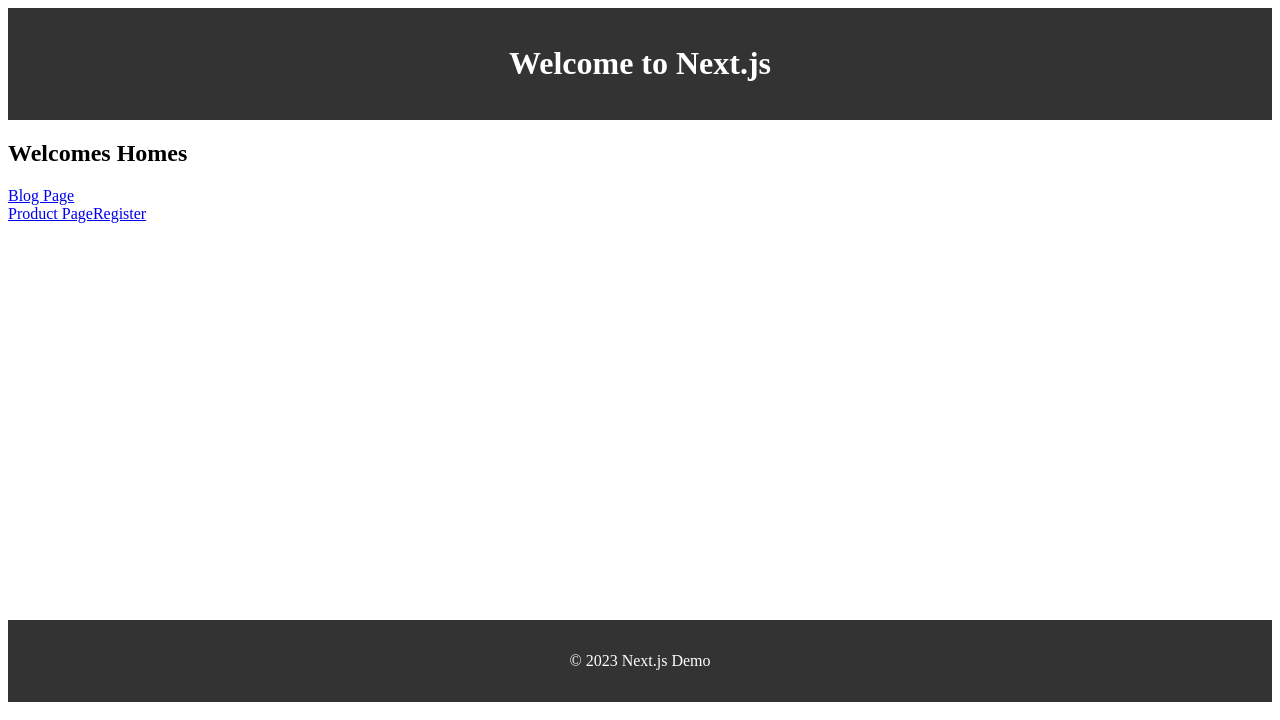
Repository: JasonMorta/NextJs-13_Basics
Page: / (app in NEXTJS15/next13-demo/)
An editor plug-in stored every save of this project. The page is shown before and after the next save, followed by the edit.
The browser window is 1280 px wide. The pictures show the whole page.
The project was rebuilt for these pictures with package versions that can differ from the ones it lists, and the page was loaded fresh each time. The framework's server and built-in components were replaced by stand-ins that run in the browser. Also part of the build but not shown: NEXTJS15/next13-demo/next.config.ts.

Above is the page before, as saved 2025-02-28 13:57:09.

### NEXTJS15/next13-demo/src/app/layout.tsx
export const metadata = {
  title: "Next.js",
  description: "Generated by Next.js",
};

export default function AuthLayout({children,}: {children: React.ReactNode}) {
  return (
    <html lang="en">
      <body>
        <header style={{ backgroundColor: '#333', color: '#fff', padding: '1rem', textAlign: 'center' }}>
          <h1>Welcome to Next.js</h1>
        </header>

        <main style={{
          minHeight: 'calc(80vh - 6rem)',
        }}>{children}</main>

        <footer style={{ backgroundColor: '#333', color: '#fff', padding: '1rem', textAlign: 'center', marginTop: 'auto' }}>
          <p>&copy; 2023 Next.js Demo</p>
        </footer>
      </body>
    </html>
  );
}

### NEXTJS15/next13-demo/src/app/page.tsx
import Link from 'next/link'
import React from 'react'

export default function page() {
  return (
    <section>
      <h1>Welcomes Homes</h1>
      <Link href="/blog">Blog Page</Link><br />
      <Link href="/products">Product Page</Link>
      <Link href="/register">Register</Link>
    </section>
  )
}

After the next save:
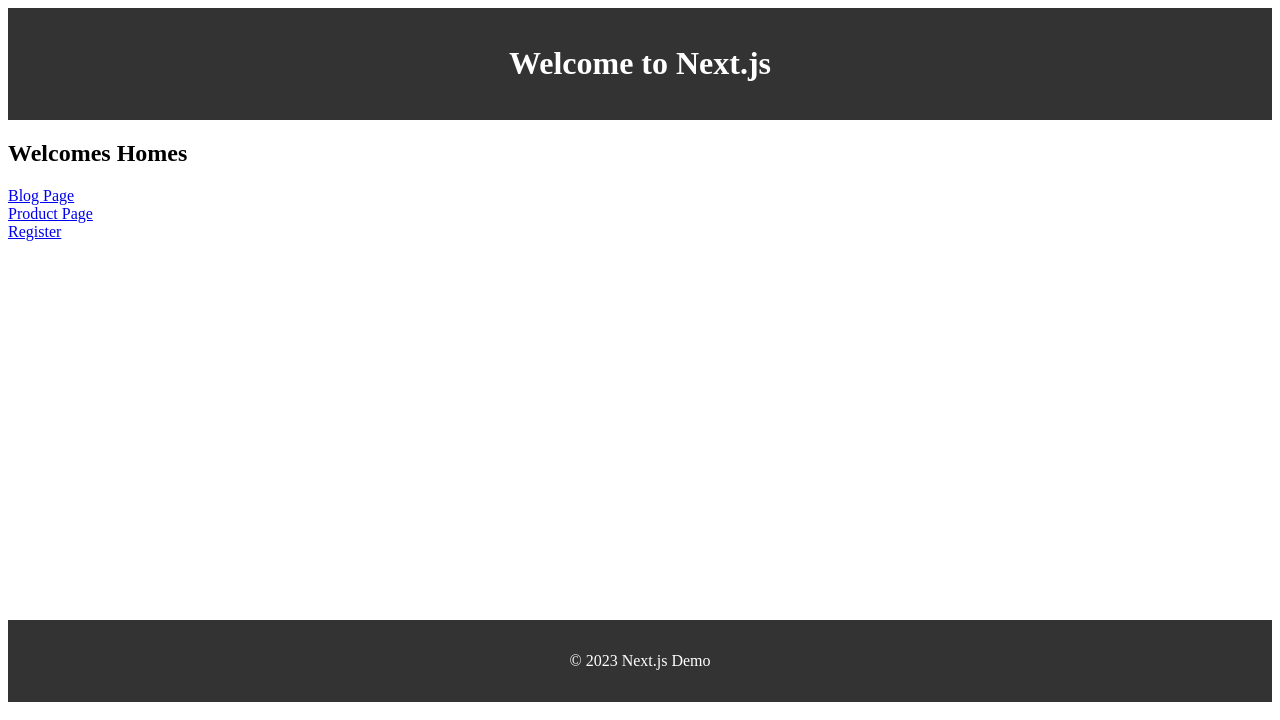
Saved 5 s later.
--- a/NEXTJS15/next13-demo/src/app/page.tsx
+++ b/NEXTJS15/next13-demo/src/app/page.tsx
@@ -6,7 +6,7 @@
     <section>
       <h1>Welcomes Homes</h1>
       <Link href="/blog">Blog Page</Link><br />
-      <Link href="/products">Product Page</Link>
+      <Link href="/products">Product Page</Link><br />
       <Link href="/register">Register</Link>
     </section>
   )
